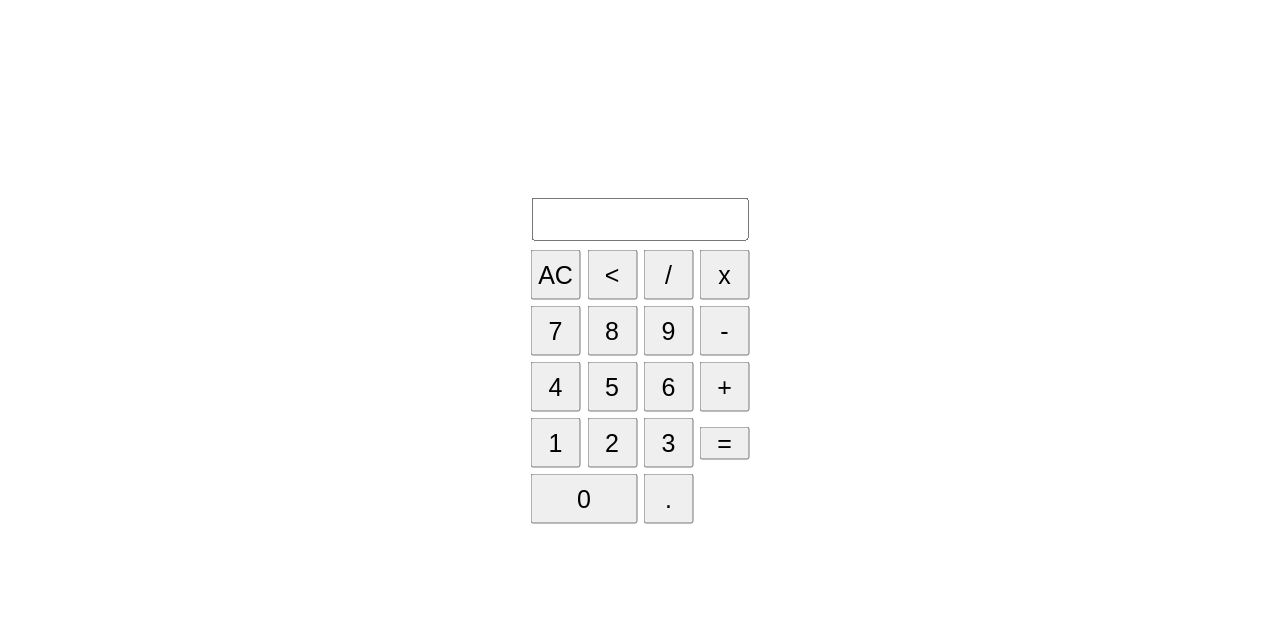
Repository: lacey-crenshaw/calculator
Page: index.html
The author's editor kept a copy of each file at every save. The page is drawn from the files as they stood at one save, then again after the next save.
The browser window is 1280 px wide. The pictures show the whole page.

Above is the page before, as saved 2020-02-14 09:58:31.

After the next save:
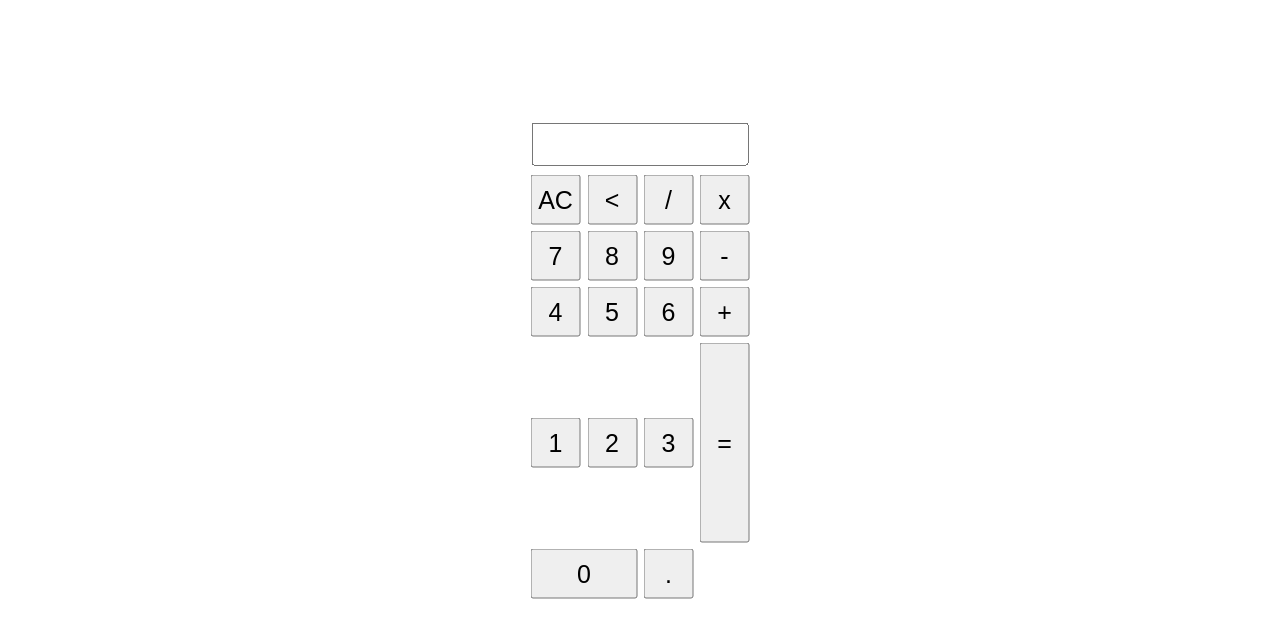
Saved 6 s later.
--- a/style.css
+++ b/style.css
@@ -30,5 +30,5 @@
 }
 
 #eq {
-    height: auto;
+    height: 200;
 }
